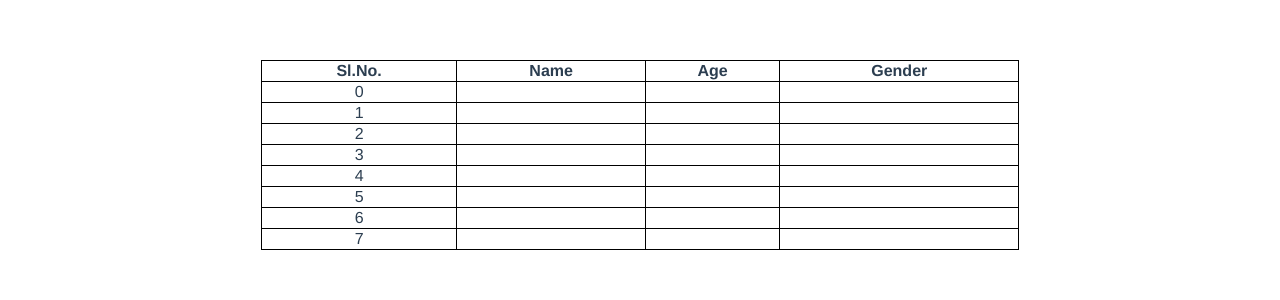
Repository: tysonpaul89/vue-student-crud
Page: /
The author's editor kept a copy of each file at every save. The page is drawn from the files as they stood at one save, then again after the next save.
The browser window is 1280 px wide. The pictures show the whole page.
The project was rebuilt for these pictures with package versions that can differ from the ones it lists, and the page was loaded fresh each time.

Above is the page before, as saved 2020-04-10 17:06:38.

After the next save:
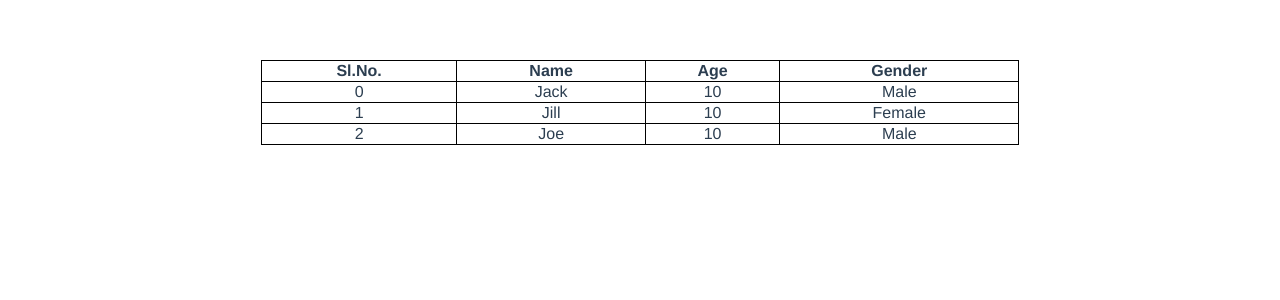
Saved 67 s later.
--- a/src/App.vue
+++ b/src/App.vue
@@ -1,6 +1,6 @@
 <template>
   <div id="app">
-    <StudentListng studentArray="students" />
+    <StudentListng :studentArray="students" />
   </div>
 </template>
 
